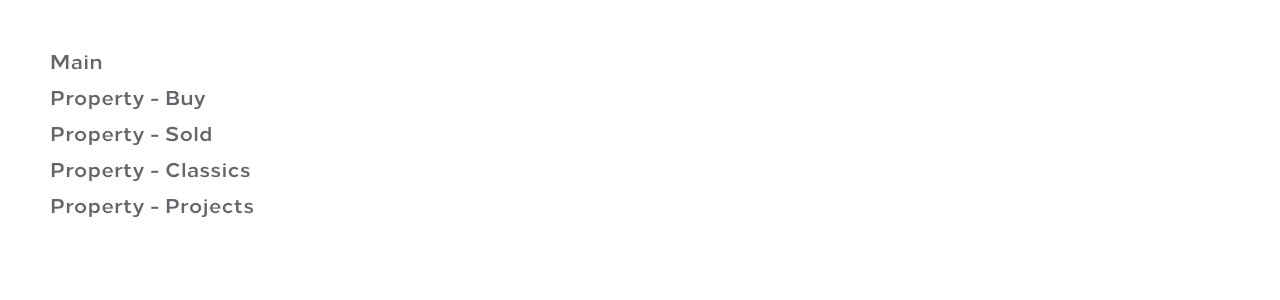
Repository: TarasDutchak/srb
Page: sitemap.html
The author's editor kept a copy of each file at every save. The page is drawn from the files as they stood at one save, then again after the next save.
The browser window is 1280 px wide. The pictures show the whole page.

Above is the page before, as saved 2024-07-24 07:42:10.
Console error: ReferenceError: Swiper is not defined

After the next save:
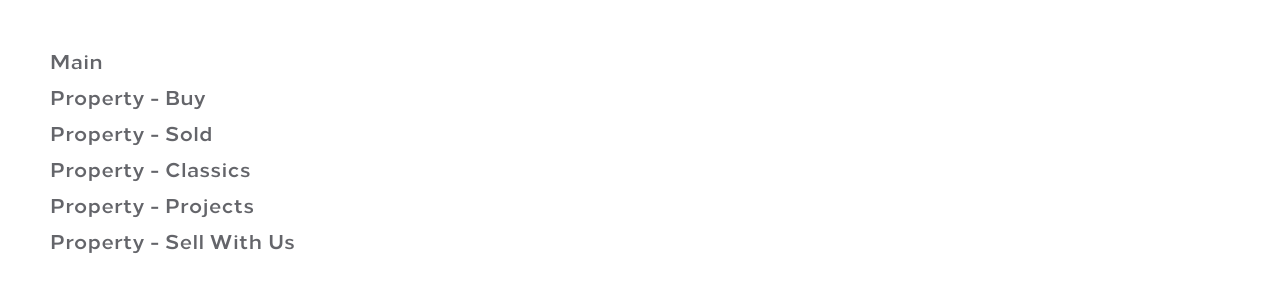
Saved 9 min 48 s later.
--- a/sitemap.html
+++ b/sitemap.html
@@ -18,7 +18,9 @@
             <li><a href="buy.html" target="_blank">Property - Buy</a></li>
             <li><a href="sold.html" target="_blank">Property - Sold</a></li>
             <li><a href="classics.html" target="_blank">Property - Classics</a></li>
-            <li><a href="classics.html" target="_blank">Property - Projects</a></li>
+            <li><a href="projects.html" target="_blank">Property - Projects</a></li>
+            <li><a href="sellwithus.html" target="_blank">Property - Sell With Us</a></li>
+
         </ul>
     </div>
 
